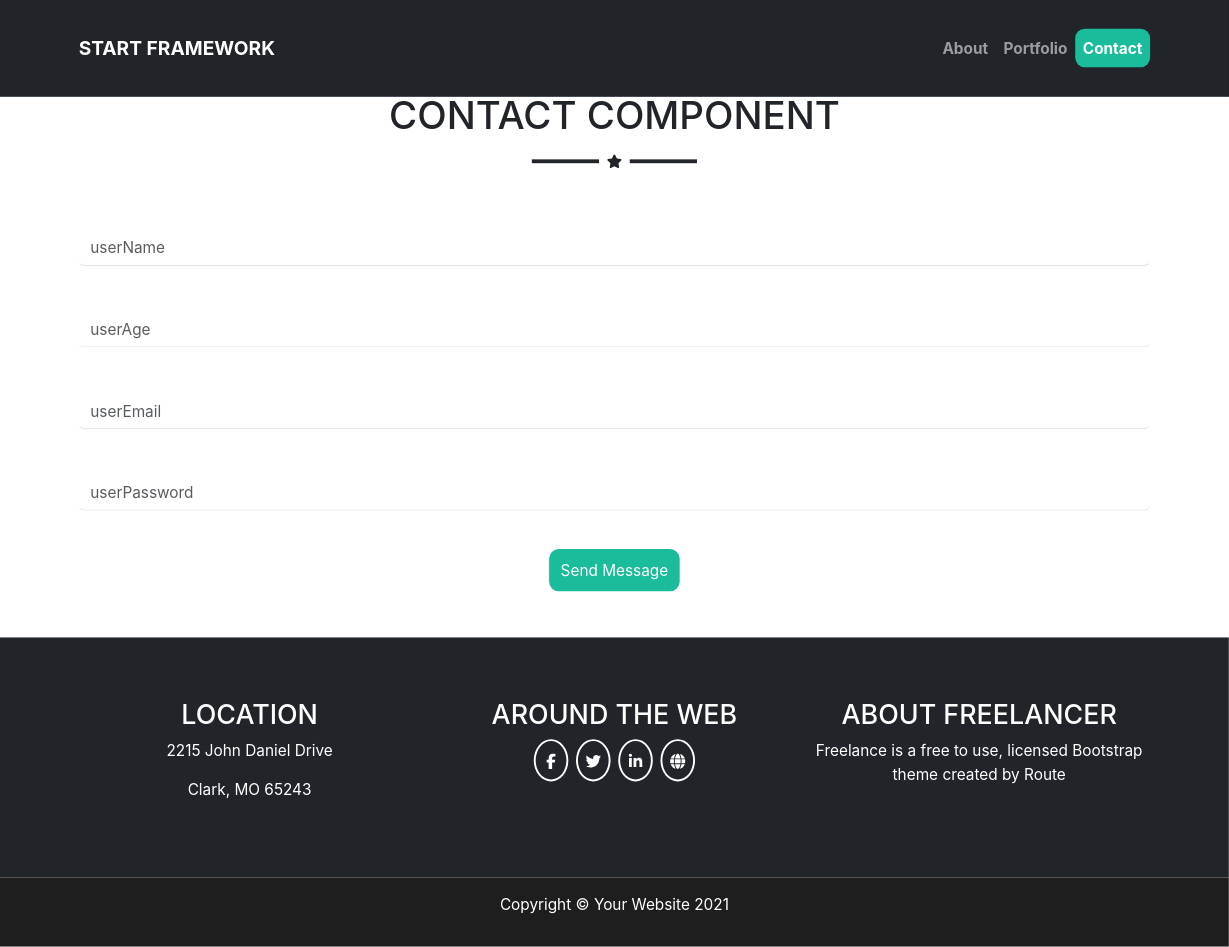
Repository: YomnaWegdan/startFramework
Page: /contact
The author's editor kept a copy of each file at every save. The page is drawn from the files as they stood at one save, then again after a run of saves.
The browser window is 1280 px wide. The pictures show the whole page, at 96% of full size.
The project was rebuilt for these pictures with package versions that can differ from the ones it lists, and the page was loaded fresh each time. Also part of the build but not shown: src/Components/Home.jsx, src/Components/About.jsx, src/Components/Error.jsx, src/Components/Portfolio.jsx.

Above is the page before, as saved 2024-02-06 00:16:56.

After the next 3 saves:
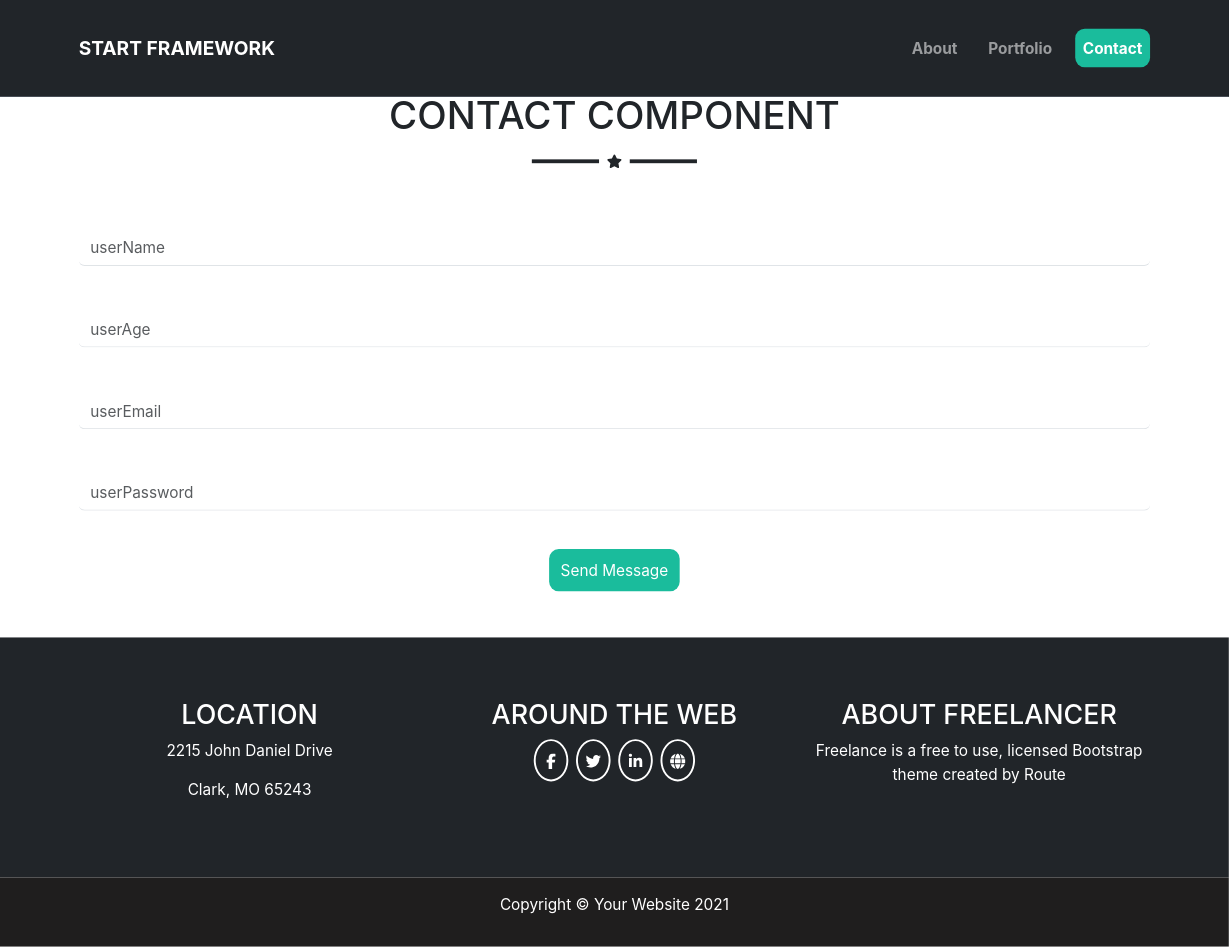
The 3 saves are shown as one change because they came seconds apart.
The last was saved 59 s later.
--- a/src/Components/Navbar.jsx
+++ b/src/Components/Navbar.jsx
@@ -37,7 +37,7 @@ export default function Navbar() {
                   About
                 </NavLink>
               </li>
-              <li className="nav-item">
+              <li className="nav-item mx-3">
                 <NavLink className="nav-link" to="/portfolio">
                   Portfolio
                 </NavLink>
